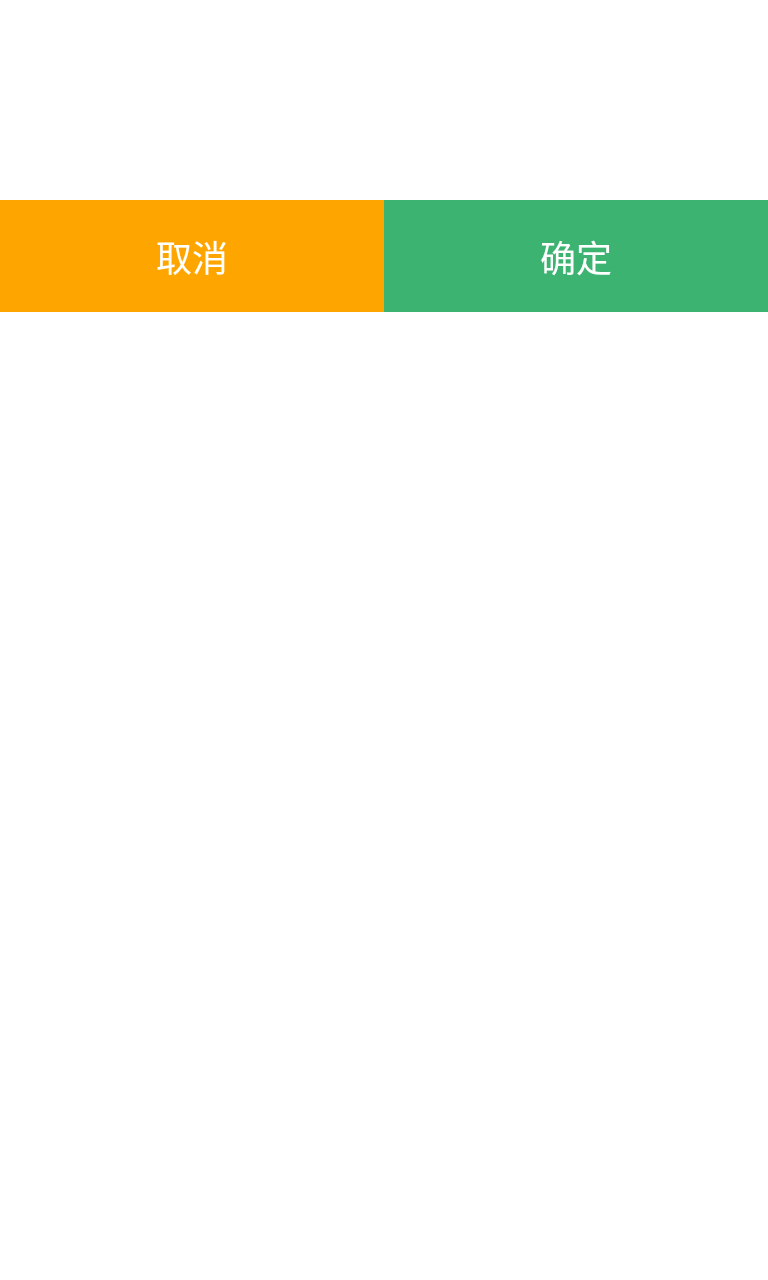
Repository: blanks1314/sysnc_android
Layout: UpayDemo/res/layout/dialog_error.xml
These files come from the project's save history. The layout is drawn as it stood at one moment and after the next save; the edit follows.
It is drawn on a 768 x 1280 px phone screen (xhdpi) without system bars, with theme AppTheme; the app's code is not run.

Above is the layout before, as saved 2015-05-04 07:29:05.

### UpayDemo/res/layout/dialog_error.xml
<?xml version="1.0" encoding="utf-8"?>
<LinearLayout xmlns:android="http://schemas.android.com/apk/res/android"
    android:layout_width="match_parent"
    android:layout_height="match_parent"
    android:background="@android:color/white"
    android:orientation="vertical" >

    <TextView
        android:id="@+id/tvContent"
        android:layout_width="match_parent"
        android:layout_height="wrap_content"
        android:gravity="center"
        android:minHeight="100dp" />

    <LinearLayout
        android:layout_width="match_parent"
        android:layout_height="56dp"
        android:orientation="horizontal" >

        <TextView
            android:id="@+id/tvCancel"
            android:layout_width="0dp"
            android:layout_height="wrap_content"
            android:layout_weight="1"
            android:background="@color/btn_selecter_2"
            android:gravity="center"
            android:paddingBottom="15dp"
            android:paddingTop="15dp"
            android:text="取消"
            android:textColor="@color/white"
            android:textSize="18sp" />

        <TextView
            android:id="@+id/tvOk"
            android:layout_width="0dp"
            android:layout_height="wrap_content"
            android:layout_weight="1"
            android:background="@color/btn_selecter_1"
            android:gravity="center"
            android:paddingBottom="15dp"
            android:paddingTop="15dp"
            android:text="确定"
            android:textColor="@color/white"
            android:textSize="18sp" />
    </LinearLayout>

</LinearLayout>

### UpayDemo/res/values/styles.xml
<resources xmlns:android="http://schemas.android.com/apk/res/android">

    <!--
        Base application theme, dependent on API level. This theme is replaced
        by AppBaseTheme from res/values-vXX/styles.xml on newer devices.













    -->
    <style name="AppBaseTheme" parent="Theme.AppCompat.Light">
        <!--
            Theme customizations available in newer API levels can go in
            res/values-vXX/styles.xml, while customizations related to
            backward-compatibility can go here.













        -->
    </style>

    <!-- Application theme. -->
    <!--
    <style name="AppTheme" parent="AppBaseTheme">
        All customizations that are NOT specific to a particular API-level can go here.
    </style>








    -->

    <style name="AppTheme" parent="Theme.AppCompat.Light">
        <item name="tabView">@style/TabView</item>
        <item name="tabPageIndicator">@style/TabIndicator</item>
    </style>

    <style name="TabIndicator" />

    <style name="TabView">
        <item name="android:addStatesFromChildren">true</item>
        <item name="android:orientation">vertical</item>
        <item name="android:gravity">bottom|center_horizontal</item>
        <item name="android:layout_width">0dp</item>
        <item name="android:background">@android:color/white</item>
        <item name="android:layout_height">match_parent</item>
    </style>

    <style name="text_style_1">
        <item name="android:textSize">16sp</item>
        <item name="android:layout_width">0dp</item>
        <item name="android:layout_weight">1</item>
        <item name="android:layout_height">fill_parent</item>
        <item name="android:gravity">center_vertical</item>
        <item name="android:ellipsize">marquee</item>
        <item name="android:singleLine">true</item>
    </style>

    <style name="edit_style_1">
        <item name="android:textSize">16sp</item>
        <item name="android:layout_width">0dp</item>
        <item name="android:layout_weight">1</item>
        <item name="android:layout_height">fill_parent</item>
        <item name="android:gravity">center_vertical</item>
    </style>

    <style name="spn_style_1">
        <item name="android:textSize">10sp</item>
        <item name="android:layout_width">wrap_content</item>
        <item name="android:layout_height">fill_parent</item>
    </style>

    <style name="linear_style_1">
        <item name="android:layout_width">match_parent</item>
        <item name="android:gravity">center_vertical</item>
        <item name="android:layout_height">40dp</item>
        <item name="android:orientation">horizontal</item>
        <item name="android:layout_marginLeft">5dp</item>
        <item name="android:layout_marginRight">5dp</item>
        <item name="android:layout_marginTop">10dp</item>
    </style>

    <style name="img_btn_1">
        <item name="android:layout_width">wrap_content</item>
        <item name="android:layout_height">wrap_content</item>
        <item name="android:padding">10dp</item>
    </style>

    <style name="btn_style_1">
        <item name="android:layout_width">200dp</item>
        <item name="android:layout_height">wrap_content</item>
        <item name="android:background">@drawable/btn_selecter</item>
        <item name="android:textColor">@color/white</item>
        <item name="android:layout_marginTop">10dp</item>
    </style>

    <style name="btn_style_2">
        <item name="android:layout_width">100dp</item>
        <item name="android:layout_height">wrap_content</item>
        <item name="android:background">@drawable/btn_selecter</item>
        <item name="android:textColor">@color/white</item>
        <item name="android:layout_marginTop">10dp</item>
    </style>

    <style name="loading_dialog" parent="android:style/Theme.Dialog">
        <item name="android:windowFrame">@null</item>
        <item name="android:windowNoTitle">true</item>
        <item name="android:windowIsFloating">true</item>
        <item name="android:windowContentOverlay">@null</item>
        <item name="android:windowBackground">@android:color/transparent</item>
        <item name="android:background">#00000000</item>
 <!-- 设置自定义布局的背景透明 -->
    </style>

    <style name="error_dialog" parent="@android:style/Theme.Dialog">

                　　        <item name="android:windowFrame">@null</item>

                　　        <item name="android:windowIsFloating">true</item>

                　　        <item name="android:windowIsTranslucent">false</item>

                　　        <item name="android:windowNoTitle">true</item>

                　　        <item name="android:background">@android:color/white</item>

                　　        <item name="android:windowBackground">@null</item>

                　　        <item name="android:backgroundDimEnabled">false</item>
        <item name="android:textColor">@android:color/black</item>
    </style>

</resources>

### UpayDemo/res/values/attrs.xml
<?xml version="1.0" encoding="utf-8"?>
<resources>
    <declare-styleable name="TabView">
        <attr name="tabPageIndicator" format="reference" />
        <attr name="tabView" format="reference" />
    </declare-styleable>

    <string-array name="currTypes">
        <item >RMB(156)</item>
    </string-array>
</resources>

### UpayDemo/res/values/color.xml
<?xml version="1.0" encoding="utf-8"?>
<resources>

    <color name="white">#FFFFFF</color>
    <color name="tab_text_normal">#696969</color>
    <color name="tab_text_selected">#73bf40</color>
    <color name="btn_selecter_1">#3CB371</color>
    <color name="btn_selecter_2">#FFA500</color>
    <color name="text_result">#F5FFFA</color>
    <color name="gray">#dcdcdc</color>

</resources>

Loaded but not shown: UpayDemo/res/values-v11/styles.xml (common file); UpayDemo/res/values-v14/styles.xml (common file); UpayDemo/res/values/values.xml (657 lines, source omitted)

After the next save:
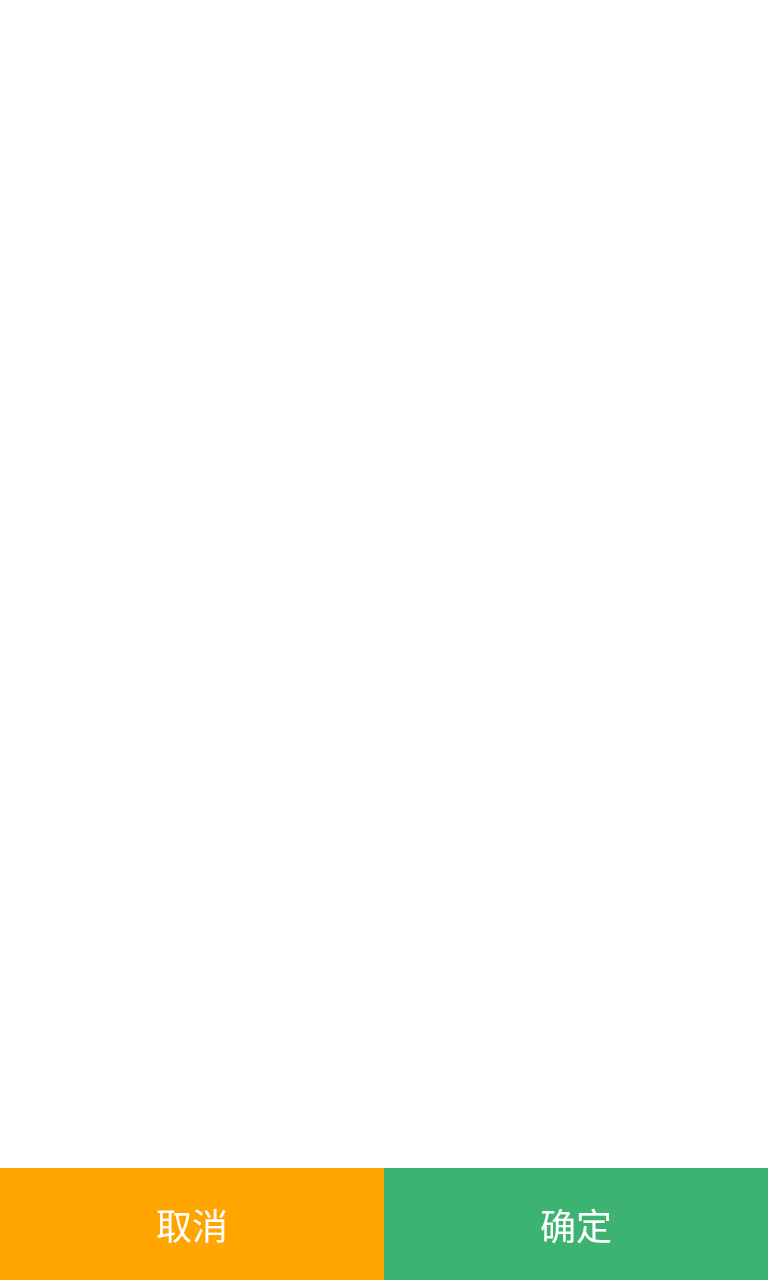
Saved 50 s later.
--- a/UpayDemo/res/layout/dialog_error.xml
+++ b/UpayDemo/res/layout/dialog_error.xml
@@ -8,9 +8,9 @@
     <TextView
         android:id="@+id/tvContent"
         android:layout_width="match_parent"
-        android:layout_height="wrap_content"
+        android:layout_height="0dp"
         android:gravity="center"
-        android:minHeight="100dp" />
+        android:layout_weight="1" />
 
     <LinearLayout
         android:layout_width="match_parent"
